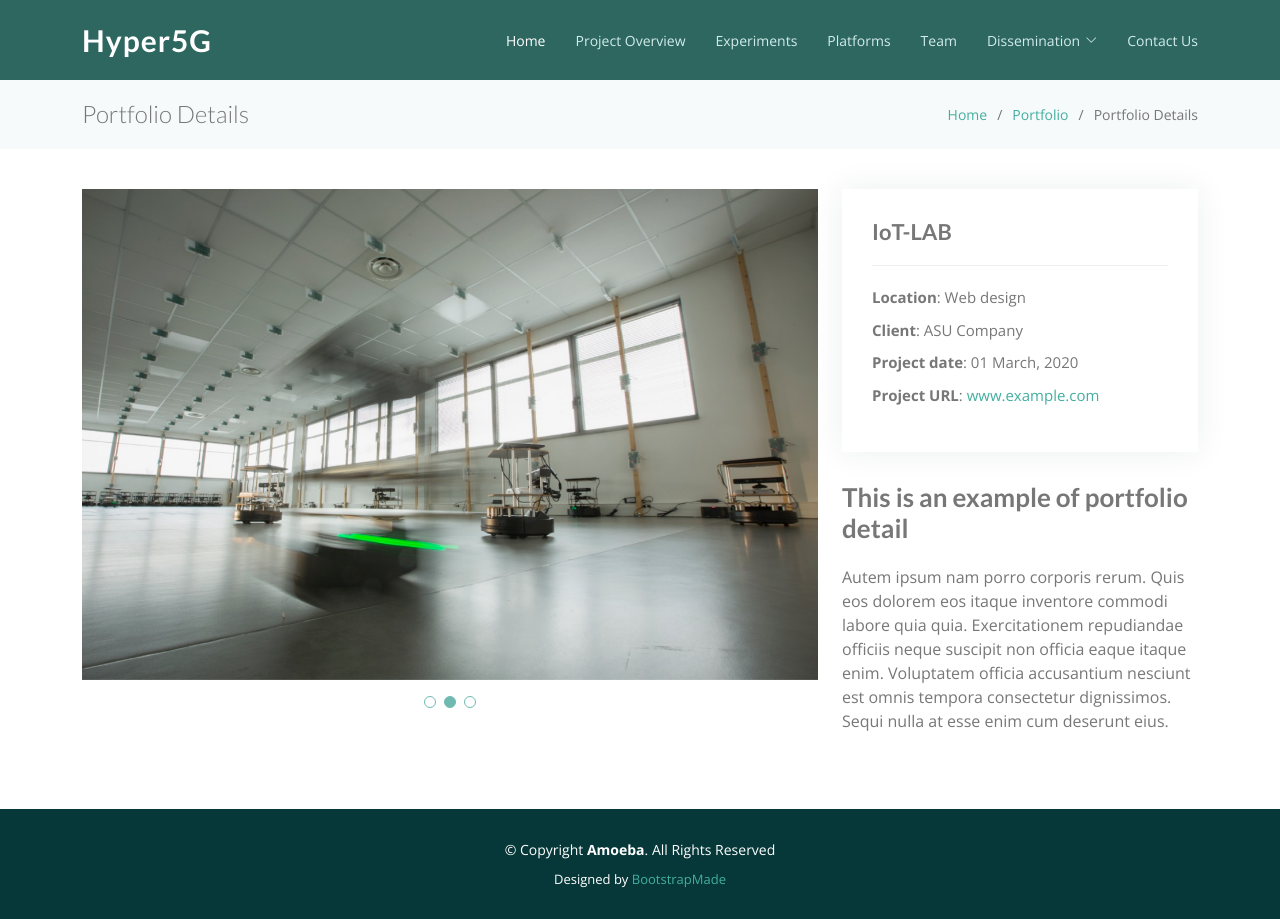
Repository: hakiri/Hyper5G
Page: portfolio-details.html
An editor plug-in stored every save of this project. The page is shown before and after a run of saves, followed by the edit.
The browser window is 1280 px wide. The pictures show the whole page.

Above is the page before, as saved 2022-07-23 15:26:16.

After the next 2 saves:
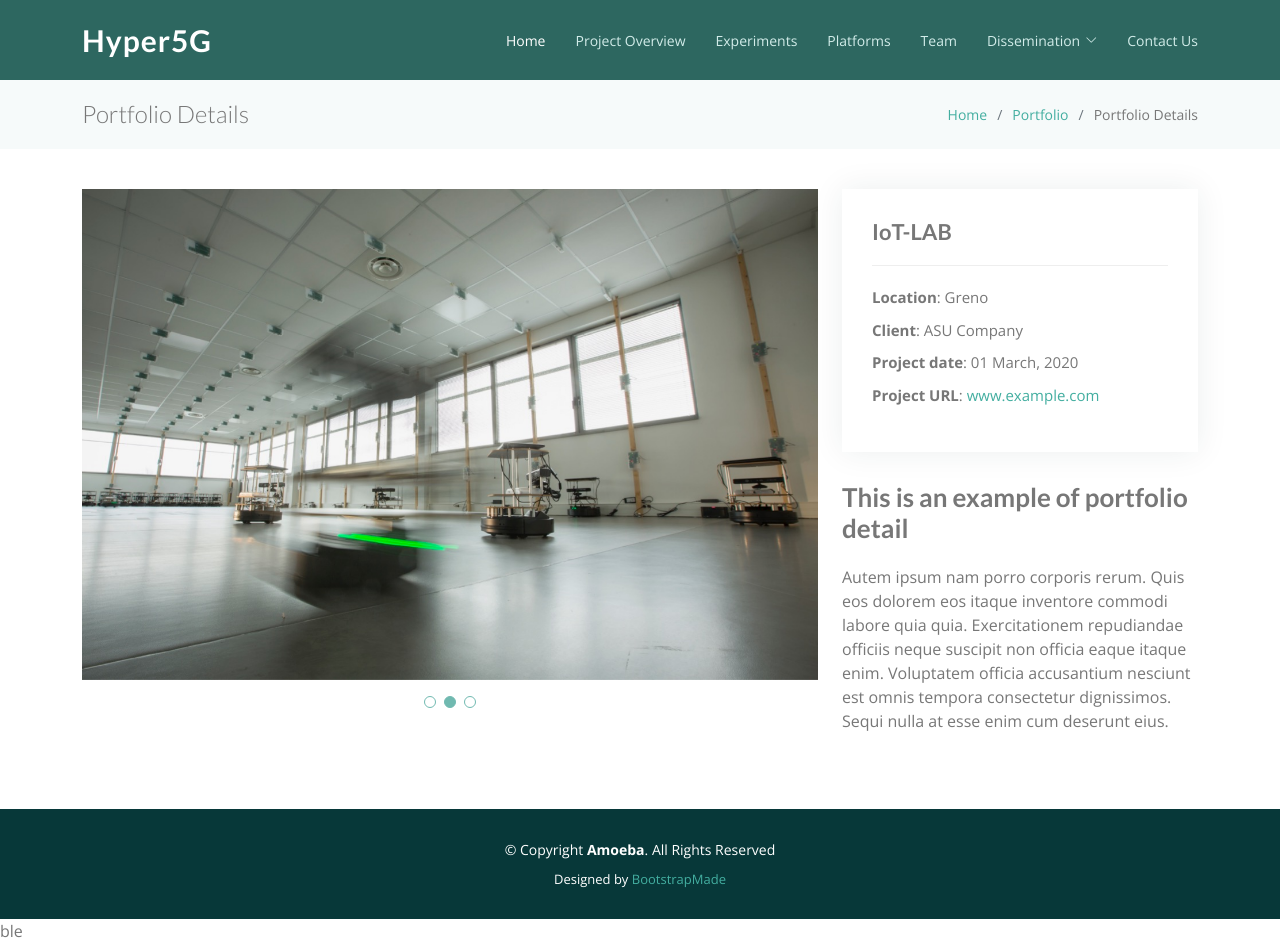
The 2 saves are shown as one change because they came seconds apart.
The last was saved 9 s later.
--- a/portfolio-details.html
+++ b/portfolio-details.html
@@ -129,7 +129,7 @@
                         <div class="portfolio-info">
                             <h3>IoT-LAB</h3>
                             <ul>
-                                <li><strong>Location</strong>: Web design</li>
+                                <li><strong>Location</strong>: Greno</li>
                                 <li><strong>Client</strong>: ASU Company</li>
                                 <li><strong>Project date</strong>: 01 March, 2020</li>
                                 <li><strong>Project URL</strong>: <a href="#">www.example.com</a></li>
@@ -184,4 +184,4 @@
 
 </body>
 
-</html>
+</html>ble
